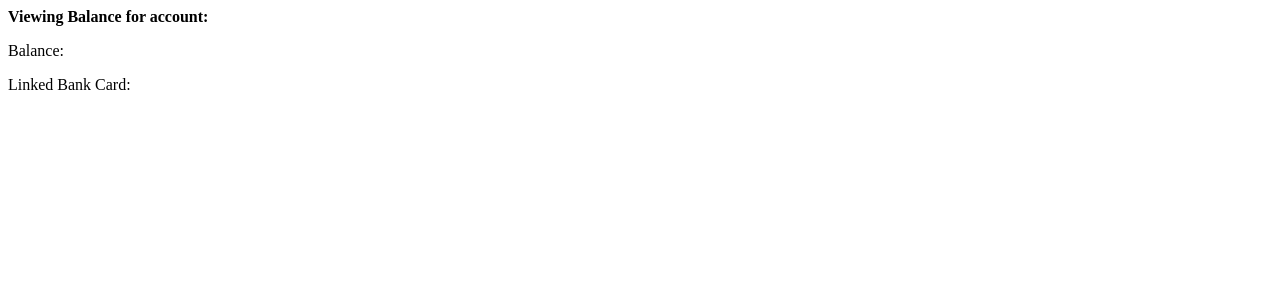
Repository: kingron98/SoftEng-Bank-Web-Application-
Page: http://localhost/SE3_BankWebApp/checkBalance.jsp
The author's editor kept a copy of each file at every save. The page is drawn from the files as they stood at one save, then again after the next save.
The browser window is 1280 px wide. The pictures show the whole page.
The page is served by Tomcat 9.

Above is the page before, as saved 2020-12-10 17:01:56.

After the next save:
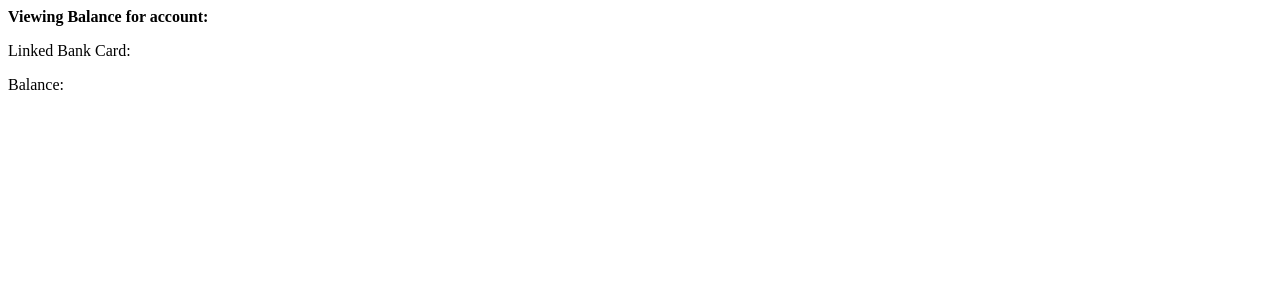
Saved 7 s later.
--- a/SE3 Bank App/Java/Workspace/SE3_BankWebApp/WebContent/checkBalance.jsp
+++ b/SE3 Bank App/Java/Workspace/SE3_BankWebApp/WebContent/checkBalance.jsp
@@ -18,8 +18,8 @@
 	<c:set var="bankaccount" value="${sessionScope.bankaccount}"/>
 	<c:set var="customer" value="${sessionScope.customer}"/>
 	<b>Viewing Balance for account: <c:out value="${bankaccount.accountId}"/></b>
+	<p>Linked Bank Card: <c:out value="${customer.linkedBankCard}"/></p>
 	<p>Balance: <c:out value="${bankaccount.balance}"/></p>
-	<p>Linked Bank Card: <c:out value="${customer.linkedBankCard}"/></p>
 
 </body>
 </html>
